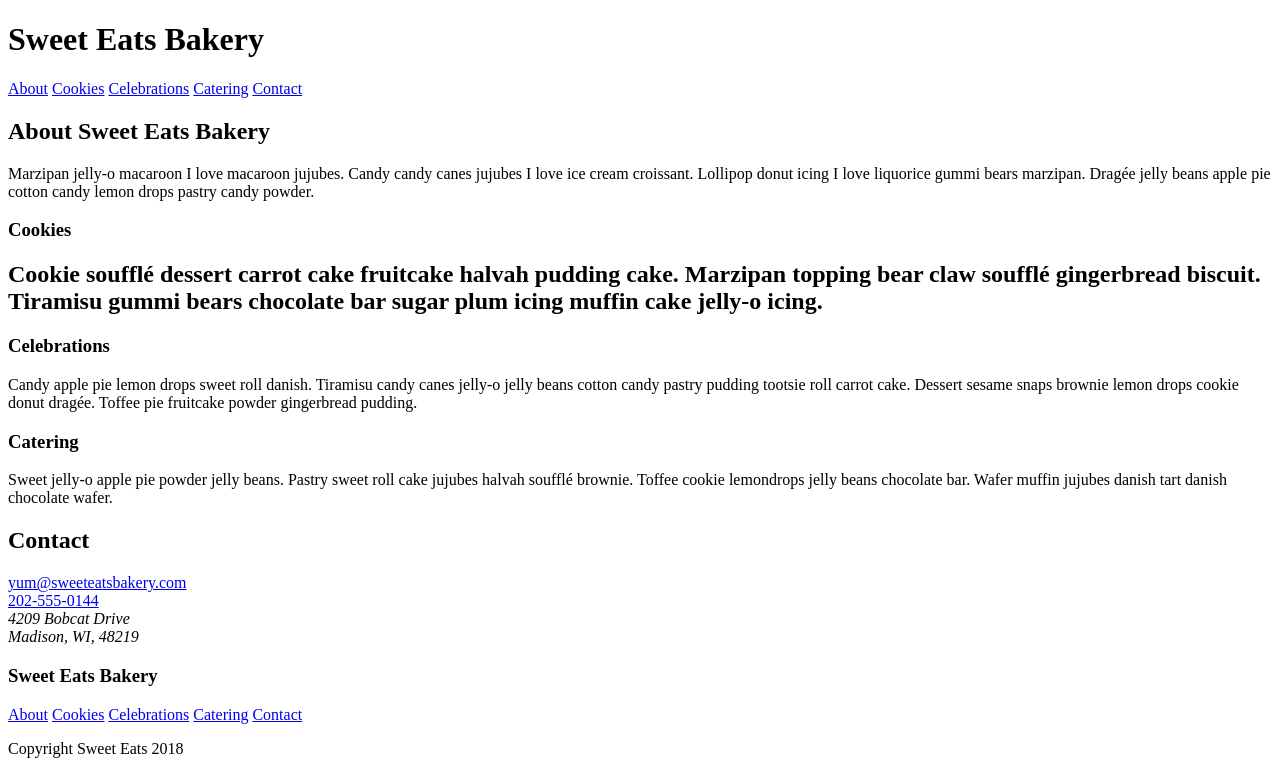
Repository: yoshimario/web-module-challenge-user-interface
Page: index.html
These files come from the project's save history. The page is drawn as it stood at one moment and after the next save; the edit follows.
The browser window is 1280 px wide. The pictures show the whole page.
Some web fonts or font styles are not loaded; a fallback is used.

Above is the page before, as saved 2023-05-15 13:30:09.

### index.html
<!DOCTYPE html>
<html lang="en">

<head>
    <meta charset="UTF-8">
    <!-- import your css file -->
    <link href="https://fonts.googleapis.com/css?family=Gaegu|Roboto" rel="stylesheet">
    <title>Sweet Eats Bakery</title>
</head>

<body>

    <!-- company name -->
    <h1>Sweet Eats Bakery</h1>
    <header headerNavLinksf>
        <!-- Navigation -->
        <nav>
            <a href="#about">About</a>
            <a href="#cookies">Cookies</a>
            <a href="#celebrations">Celebrations</a>
            <a href="#catering">Catering</a>
            <a href="#contact">Contact</a>
        </nav>
    </header>
    <!-- Image https://tk-assets.lambdaschool.com/bcf76f62-2431-4c22-b466-2e711f3da2b9_ui-i-bakery-main-header.png -->

    <!-- Marketing header -->
    <section id="about">
        <h2>About Sweet Eats Bakery </h2>

        <p>Marzipan jelly-o macaroon I love macaroon jujubes. Candy candy canes jujubes I love ice cream croissant.
            Lollipop
            donut icing I love liquorice gummi bears marzipan. Dragée jelly beans apple pie cotton candy lemon drops
            pastry candy
            powder.</p>
    </section>
    <!-- content -->

    <!-- Image https://tk-assets.lambdaschool.com/7393a8fd-c8e5-4003-921f-79e0d546d02c_ui-i-bakery-cookies.png -->
    <section id="cookies">
        <h3>Cookies</h3>

        <h2>Cookie soufflé dessert carrot cake fruitcake halvah pudding cake. Marzipan topping bear claw soufflé gingerbread
        biscuit. Tiramisu gummi bears chocolate bar sugar plum icing muffin cake jelly-o icing.</h2>
    </section>
    <!-- Image https://tk-assets.lambdaschool.com/297378d6-9c89-430f-9d2e-46ae3d5edce8_ui-i-bakery-cupcake-i.png -->

    <section id="celebrations">
        <h3>Celebrations</h3>

        <p>Candy apple pie lemon drops sweet roll danish. Tiramisu candy canes jelly-o jelly beans cotton candy pastry
            pudding
            tootsie roll carrot cake. Dessert sesame snaps brownie lemon drops cookie donut dragée. Toffee pie fruitcake
            powder
            gingerbread pudding.</p>
    </section>
    <!-- Image https://tk-assets.lambdaschool.com/ab0cb095-5900-476c-b042-aea065d3dbbf_ui-i-bakery-celebrate.png -->
    <section id="catering">
        <h3>Catering</h3>

        <p>Sweet jelly-o apple pie powder jelly beans. Pastry sweet roll cake jujubes halvah soufflé brownie. Toffee
            cookie
            lemondrops jelly beans chocolate bar. Wafer muffin jujubes danish tart danish chocolate wafer.</p>
    </section>
    <section id="contact">
        <h2>Contact</h2>

        <a href="mailto:yum@sweeteatsbakery.com">yum@sweeteatsbakery.com</a><br>
        <a href="tel:202-555-0144">202-555-0144</a><br>
        <address>4209 Bobcat Drive<br>
            Madison, WI, 48219</address>
    </section>
    <!-- footer -->
    <footer>
        <h3>Sweet Eats Bakery</h3>
        <nav>
            <a href="#about">About</a>
            <a href="#cookies">Cookies</a>
            <a href="#celebrations">Celebrations</a>
            <a href="#catering">Catering</a>
            <a href="#contact">Contact</a>
        </nav>
        <p>Copyright Sweet Eats 2018</p>
    </footer>
</body>

</html>

After the next save:
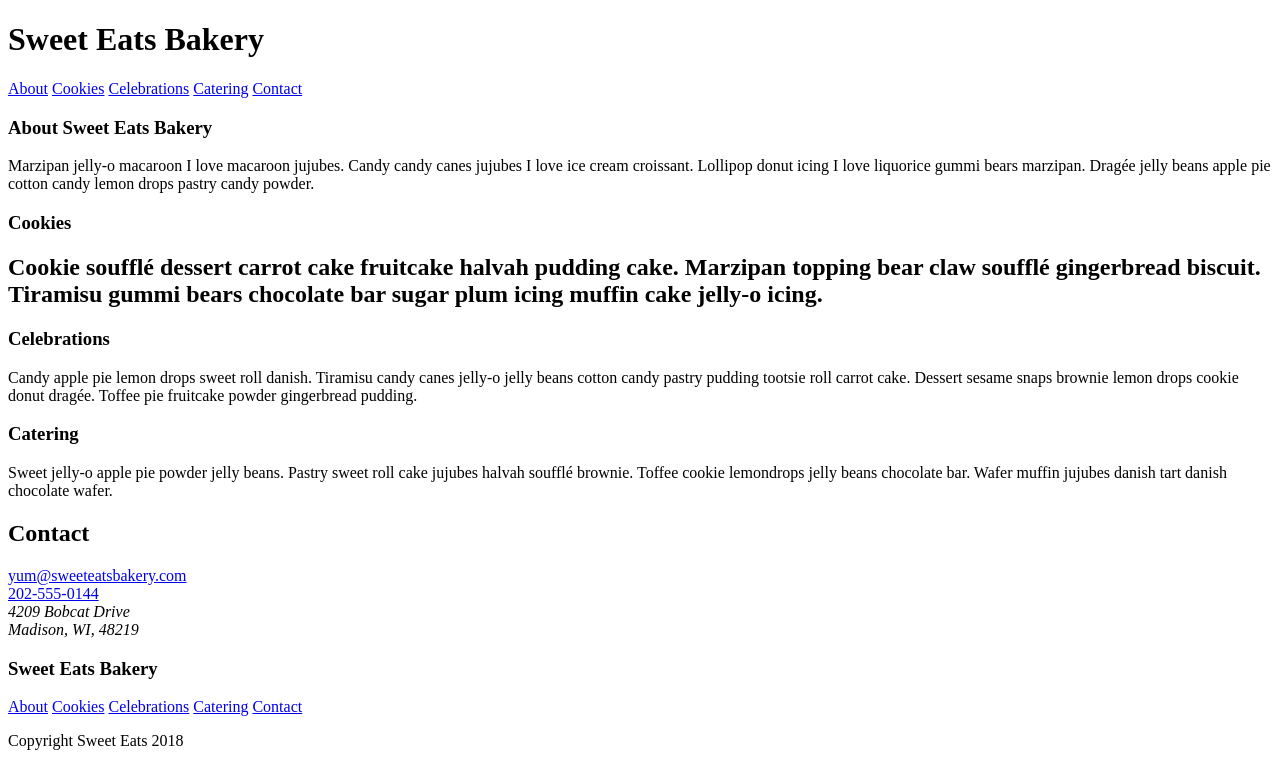
Saved 6 s later.
--- a/index.html
+++ b/index.html
@@ -26,7 +26,7 @@
 
     <!-- Marketing header -->
     <section id="about">
-        <h2>About Sweet Eats Bakery </h2>
+        <h3>About Sweet Eats Bakery </h3>
 
         <p>Marzipan jelly-o macaroon I love macaroon jujubes. Candy candy canes jujubes I love ice cream croissant.
             Lollipop
